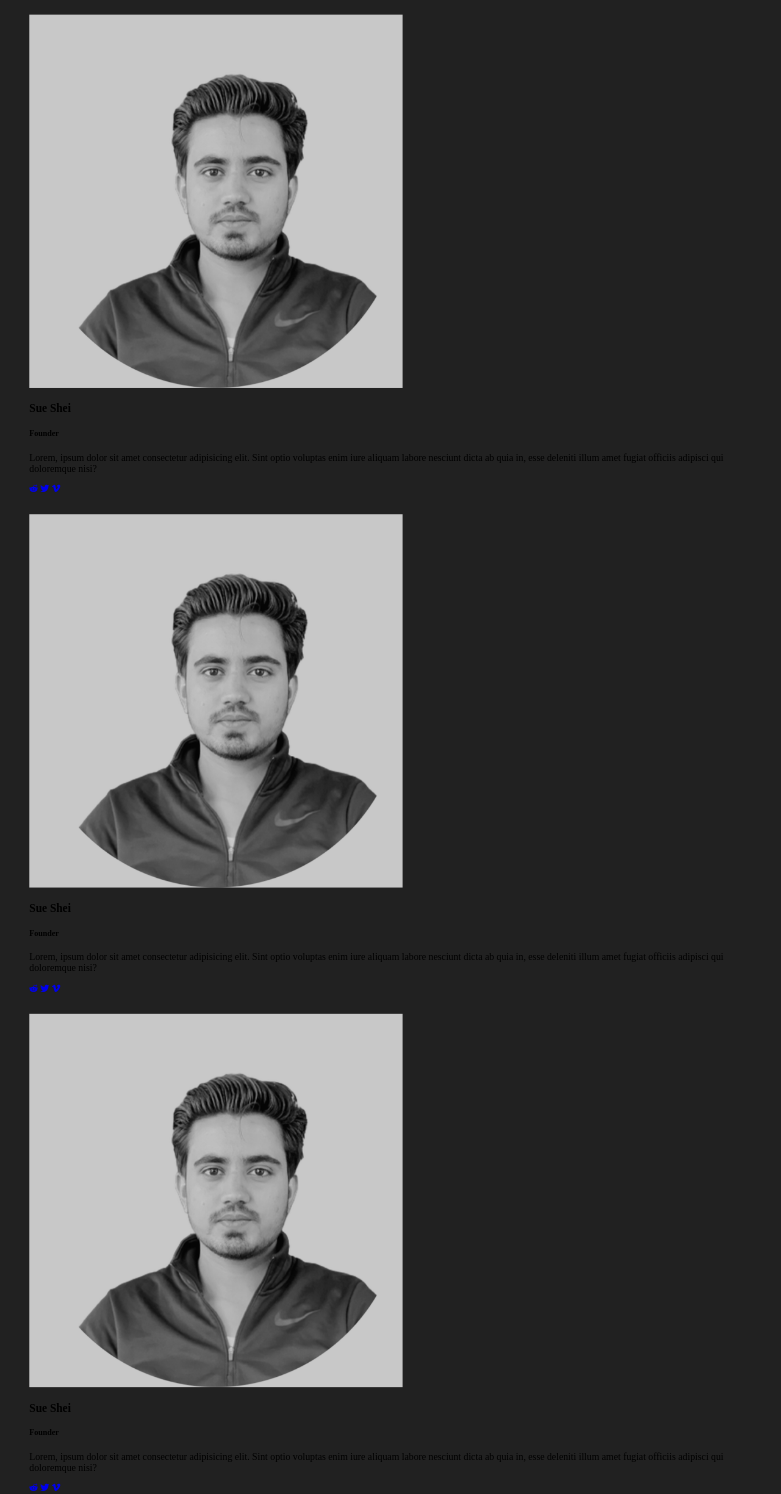
Repository: inzamamahmad3/30-Days-Of-CSS
Page: Day-1/index.html
These files come from the project's save history. The page is drawn as it stood at one moment and after the next save; the edit follows.
The browser window is 1280 px wide. The pictures show the whole page, at 61% of full size.

Above is the page before, as saved 2023-01-03 20:13:50.

After the next save:
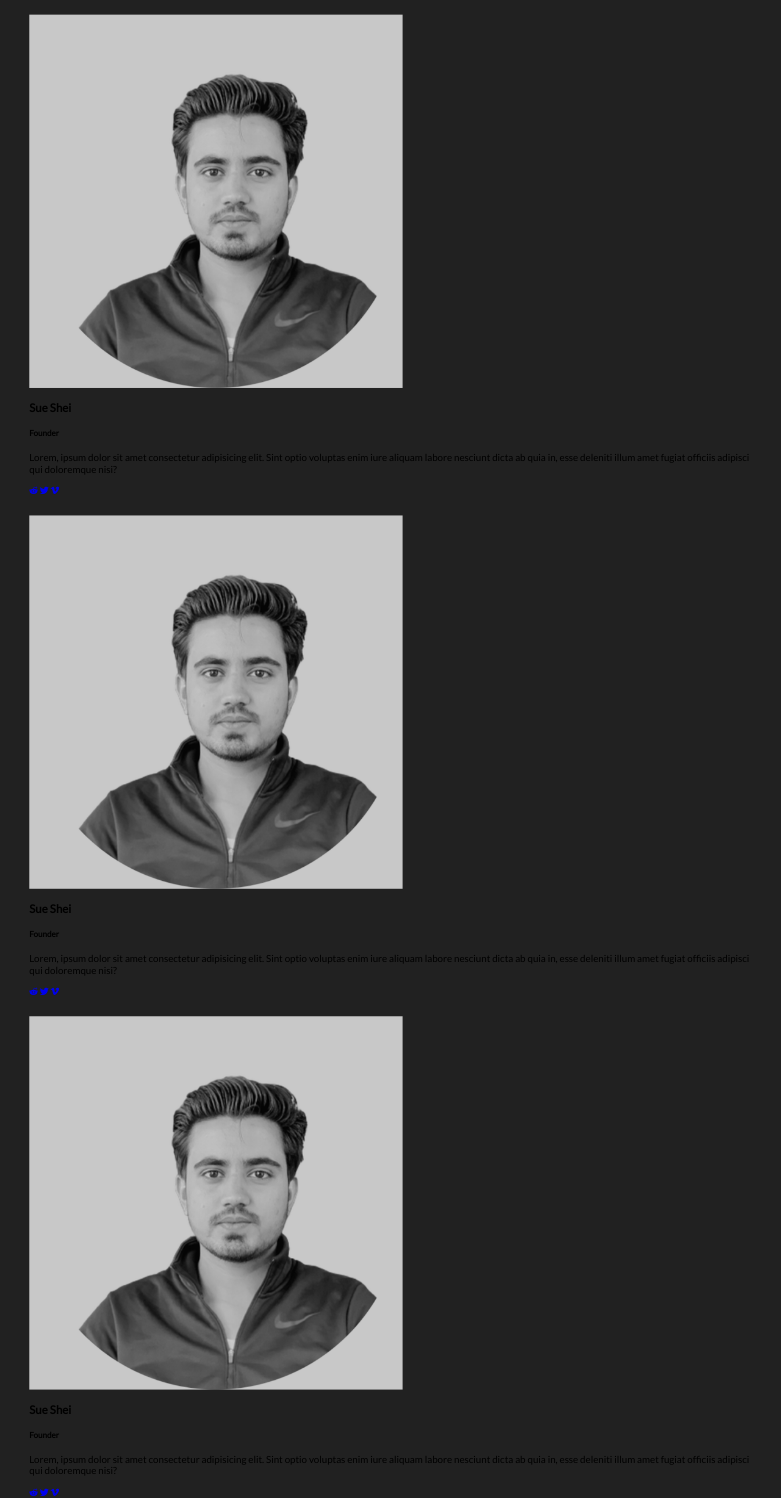
Saved 54 s later.
--- a/Day-1/styles.css
+++ b/Day-1/styles.css
@@ -9,3 +9,6 @@ body {
   justify-content: center;
   flex-wrap: wrap;
 }
+.card {
+  font-family: "Lato", Arial, Helvetica, sans-serif;
+}
